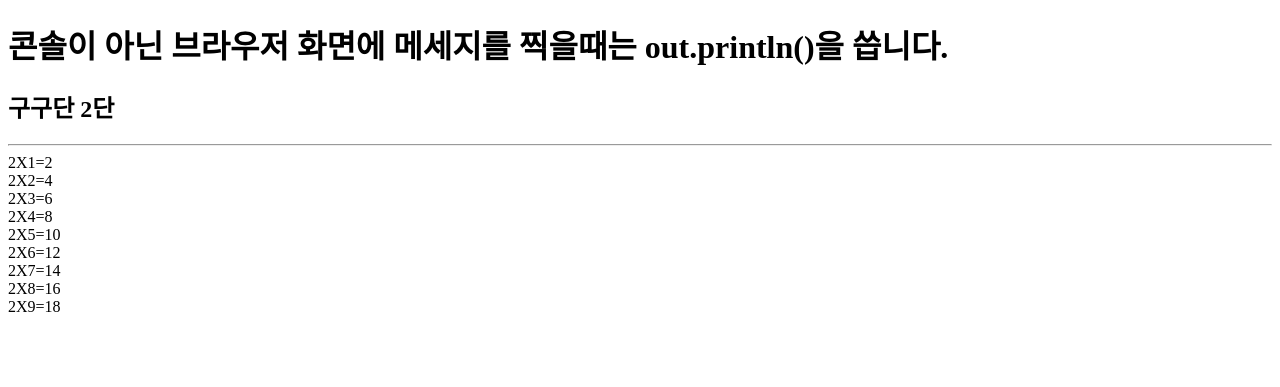
Repository: gowjd4419/jsp
Page: http://localhost/JSPBasic/jsptag/scriptlet.jsp
An editor plug-in stored every save of this project. The page is shown before and after the next save, followed by the edit.
The browser window is 1280 px wide. The pictures show the whole page.
The page is served by Tomcat 9.

Above is the page before, as saved 2022-03-22 11:40:29.

### JSPBasic/src/main/webapp/jsptag/scriptlet.jsp
<%@ page language="java" contentType="text/html; charset=UTF-8"
    pageEncoding="UTF-8"%>
<!DOCTYPE html>
<html>
<head>
<meta charset="UTF-8">
<title>Insert title here</title>
</head>
<body>
    <% System.out.println("<h1>콘솔에 메세지를 찍을때는 System.out.println()을 씁니다.</h1>");
    out.println("<h1>콘솔이 아닌 브라우저 화면에 메세지를 찍을때는 out.println()을 씁니다.</h1>");%>
    <h2>구구단 2단</h2><hr>
    <%
       // 구구단 2단을 브라우저에 출력하기
       for(int i = 1; i <=9; i++){
            out.println(2+"X"+i+"="+i*2+"<br>");
       }
     %>

</body>
</html>

After the next save:
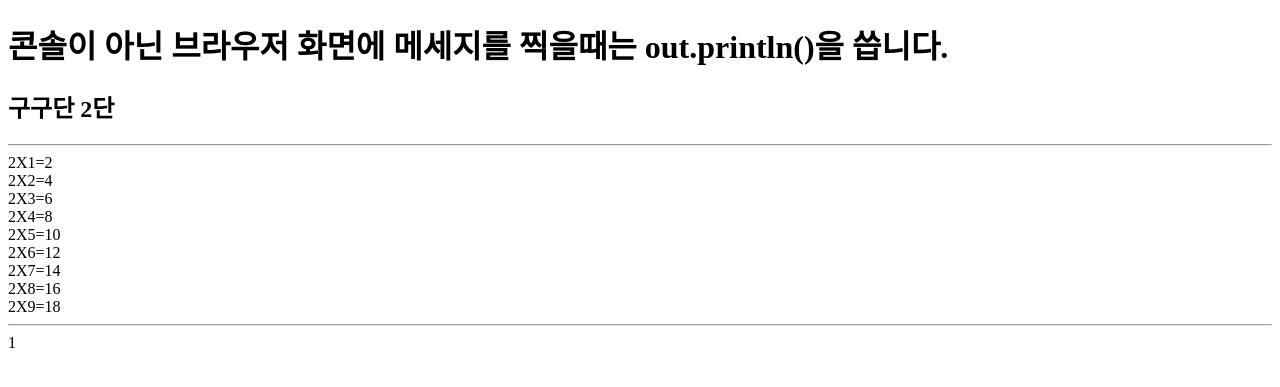
Saved 2 min 54 s later.
--- a/JSPBasic/src/main/webapp/jsptag/scriptlet.jsp
+++ b/JSPBasic/src/main/webapp/jsptag/scriptlet.jsp
@@ -16,6 +16,16 @@
             out.println(2+"X"+i+"="+i*2+"<br>");
        }
      %>
+     <hr>
+     <!-- 반복문과 조건문을 이용하여 구구단 홀수단(3,5,7,9)을 화면에 출력해보기 -->
+     <%
+         for(int i = 1; i <=10; i++){
+        	 if(i % 2==0){
+        		 continue;
+        	 }
+        	 out.println(i+"<br");
+         }
+     %>
 
 </body>
 </html>
